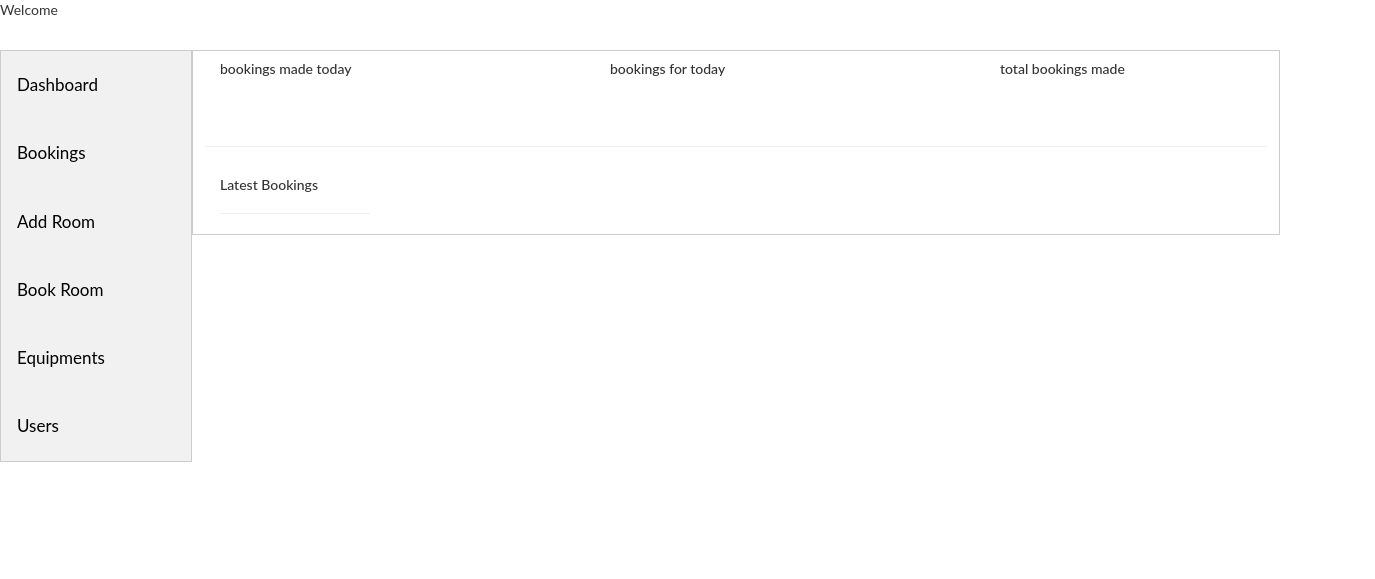
Repository: abhi608/visa_tutorial
Page: meetingroomapp/src/main/resources/static/dashboardView.html
An editor plug-in stored every save of this project. The page is shown before and after the next save, followed by the edit.
The browser window is 1280 px wide. The page is 1375 px wide, then 1280 px, so the pictures cover 1375 px, including what lies to the right of the window. The pictures show the whole page.
The page's requests for data from a server got no answer. Some web libraries are served in a nearby version.

Above is the page before, as saved 2018-08-07 10:52:45.
Console error: TypeError: Cannot read properties of null (reading 'className')

### meetingroomapp/src/main/resources/static/dashboardView.html
<!DOCTYPE html>
<html>
<head>
<meta name="viewport" content="width=device-width, initial-scale=1">
<link rel="stylesheet" href="https://maxcdn.bootstrapcdn.com/bootstrap/3.3.7/css/bootstrap.min.css">
 <script src="https://ajax.googleapis.com/ajax/libs/jquery/3.3.1/jquery.min.js"></script>
 <script src="https://maxcdn.bootstrapcdn.com/bootstrap/3.3.7/js/bootstrap.min.js"></script>
<script src="https://code.jquery.com/jquery-2.2.4.js"
	integrity="sha256-iT6Q9iMJYuQiMWNd9lDyBUStIq/8PuOW33aOqmvFpqI="
	crossorigin="anonymous"></script>
<script type="text/javascript" src="https://cdnjs.cloudflare.com/ajax/libs/mustache.js/2.3.0/mustache.js"></script>
<style>
* {box-sizing: border-box}
body {font-family: "Lato", sans-serif;}


/* Style the tab */
.tab {
    float: left;
    border: 1px solid #ccc;
    background-color: #f1f1f1;
    width: 15%;
    /*height: 300px;*/
}

/* Style the buttons inside the tab */
.tab button {
    display: block;
    background-color: inherit;
    color: black;
    padding: 22px 16px;
    width: 100%;
    border: none;
    outline: none;
    text-align: left;
    cursor: pointer;
    transition: 0.3s;
    font-size: 17px;
}

/* Change background color of buttons on hover */
.tab button:hover {
    background-color: #ddd;
}

/* Create an active/current "tab button" class */
.tab button.active {
    background-color: #ccc;
}

/* Style the tab content */
.tabcontent {
    float: left;
    padding: 0px 12px;
	border: 1px solid #ccc;
    width: 85%;
    border-left: 1px solid #ccc ;
    border-bottom: 1px solid #ccc;
    /* height: 300px;*/
}
</style>
</head>
<body>

<p>Welcome </p><br />


<div class="tab">
  <button class="tablinks" onclick="openCity(event, 'Dashboard')" id="defaultOpen">Dashboard</button>
  <button class="tablinks" onclick="openCity(event, 'Bookings')">Bookings</button>
  <button class="tablinks" onclick="openCity(event, 'AddRoom')">Add Room</button>
  <button class="tablinks" onclick="openCity(event, 'BookRoom')">Book Room</button>
  <button class="tablinks" onclick="openCity(event, 'Equipments')">Equipments</button>
  <button class="tablinks" onclick="openCity(event, 'Users')">Users</button>
</div>

<div id="Dashboard" class="tabcontent"></div>


<div id="Bookings" class="tabcontent">
  <h3>Bookings</h3>
  <button onclick="openCity(event, 'BookRoom')">Book Room</button>
  <p>Show Bookings</p>
  <table>
  	<th>Room</th>
  	<th>Date</th>
  	<th>Name</th>
  	<th>Total</th>
  	<th>Status</th>

  </table>
</div>

<div id="AddRoom" class="tabcontent">
  <h3>Add Room</h3>
  <p>Add a new room</p>
</div>

<div id="BookRoom" class="tabcontent">
  <h3>Book a room</h3>
  <p>This will book a room</p>
</div>

<div id="Equipments" class="tabcontent">
  <h3>Equipments</h3>
  <p>Show Equipments</p>
</div>

<div id="Users" class="tabcontent">
  <h3>Users</h3>
  <p>Show all the rooms</p>
</div>




<script>
function openCity(evt, cityName) {
	var id = "#" + cityName;
	var id$ = $(id);
	var template = "templates/" + cityName + ".html";
	var templ$;
	console.log(id, id$, template);
	$.get(template, function(templ){
		templ$ = templ;
		var content = Mustache.render(templ$, {});
		id$.html(content);
		var i, tabcontent, tablinks;
    		tabcontent = document.getElementsByClassName("tabcontent");
    		for (i = 0; i < tabcontent.length; i++) {
        		tabcontent[i].style.display = "none";
    		}
    		tablinks = document.getElementsByClassName("tablinks");
    		for (i = 0; i < tablinks.length; i++) {
        		tablinks[i].className = tablinks[i].className.replace(" active", "");
    		}
    		document.getElementById(cityName).style.display = "block";
    		evt.currentTarget.className += " active";
	});
}

// Get the element with id="defaultOpen" and click on it
document.getElementById("defaultOpen").click();
</script>

</body>
</html>

### meetingroomapp/src/main/resources/static/templates/Dashboard.html
{{#.}}
<div class="container">
          <div class="row">
            <div class="col-sm-4">
              <div class="card3" style="width: 15rem;">
                        <div class="card-body" id="bookings_made_today">
                        <h5 class="card-title">{{bookingMadeToday}} bookings made today</h5>
                        </div>
                  </div>
            </div>
            <div class="col-sm-4">
              <div class="card" style="width: 15rem;">
                        <div class="card-body" id="bookings_for_today">
                        <h5 class="card-title">{{bookingForToday}} bookings for today</h5>
                        </div>
                  </div>
            </div>
            <div class="col-sm-4">
              <div class="card" style="width: 15rem;">
                        <div class="card-body" id="total_bookings">
                        <h5 class="card-title">{{totalBookingCount}} total bookings made</h5>
                        </div>
                  </div>
            </div>
          </div>
  </div>
  <br/>
  <br/>
  <hr>

  <div class="container">
          <div class="row">
            <div class="col-sm-4">
              <div class="card3" style="width: 15rem;">
                        <div class="card-body">
                                <h5 class="card-title">Latest Bookings</h5>
                                <hr>
				{{#sortedBooking}}
                                <div class="card-text">
                                        <p>{{room.name}}</p>
                                        <p>Date: {{fromDate}}</p>
                                        <p>{{client.name}}</p>
                                </div>
				<br/>
				<br/>
				<hr>
				<br/>
				<br/>
				{{/sortedBooking}}
                        </div>
              </div>
            </div>
          </div>
  </div>
{{/.}}

After the next save:
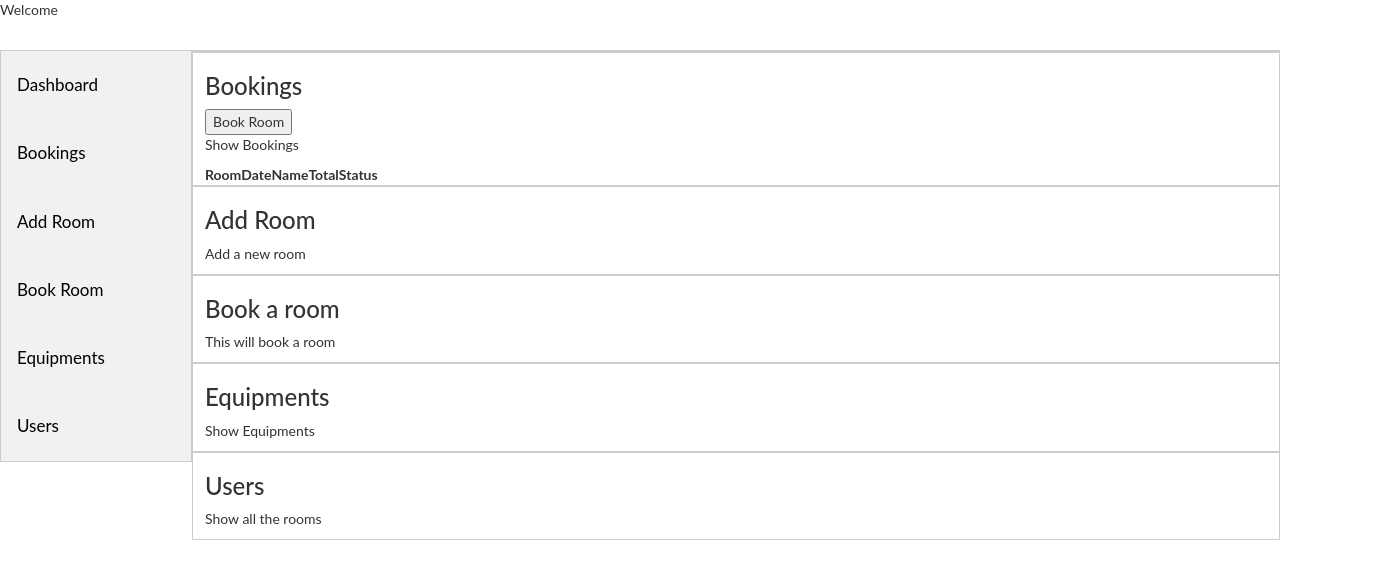
The error is gone.
Saved 12 min 46 s later.
--- a/meetingroomapp/src/main/resources/static/dashboardView.html
+++ b/meetingroomapp/src/main/resources/static/dashboardView.html
@@ -115,6 +115,20 @@ body {font-family: "Lato", sans-serif;}
 
 
 <script>
+function display(evt, cityName) {
+	var i, tabcontent, tablinks;
+        tabcontent = document.getElementsByClassName("tabcontent");
+        for (i = 0; i < tabcontent.length; i++) {
+        	tabcontent[i].style.display = "none";
+        }
+        tablinks = document.getElementsByClassName("tablinks");
+        for (i = 0; i < tablinks.length; i++) {
+        	tablinks[i].className = tablinks[i].className.replace(" active", "");
+        }
+        document.getElementById(cityName).style.display = "block";
+        evt.currentTarget.className += " active";
+}
+
 function openCity(evt, cityName) {
 	var id = "#" + cityName;
 	var id$ = $(id);
@@ -123,19 +137,13 @@ function openCity(evt, cityName) {
 	console.log(id, id$, template);
 	$.get(template, function(templ){
 		templ$ = templ;
-		var content = Mustache.render(templ$, {});
-		id$.html(content);
-		var i, tabcontent, tablinks;
-    		tabcontent = document.getElementsByClassName("tabcontent");
-    		for (i = 0; i < tabcontent.length; i++) {
-        		tabcontent[i].style.display = "none";
-    		}
-    		tablinks = document.getElementsByClassName("tablinks");
-    		for (i = 0; i < tablinks.length; i++) {
-        		tablinks[i].className = tablinks[i].className.replace(" active", "");
-    		}
-    		document.getElementById(cityName).style.display = "block";
-    		evt.currentTarget.className += " active";
+		if(cityName == "Dashboard"){
+			$.getJSON("http://localhost:8080/api/dashboard", function(data){
+                        	var content = Mustache.render(templ$, data);
+                        	id$.html(content);
+				display(evt, cityName);
+                	});
+		}
 	});
 }
 
